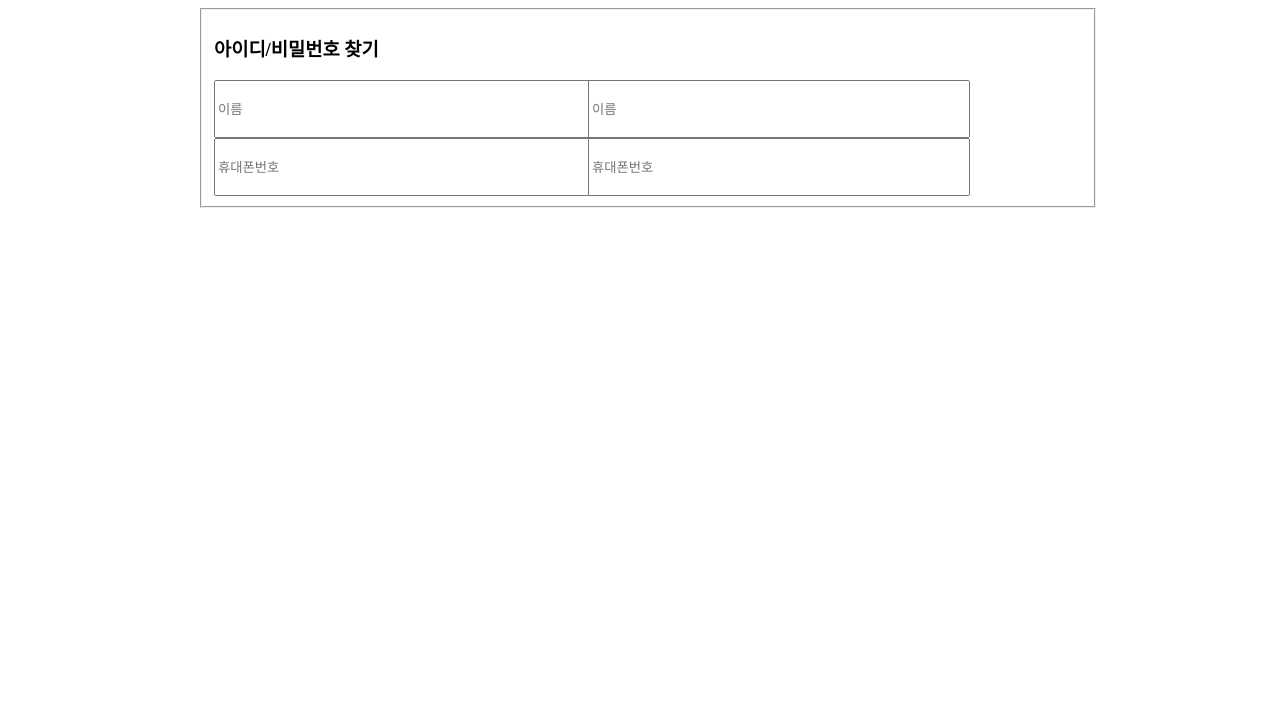
Repository: agheha/trillion
Page: YH/study_project/html/find.html
The author's editor kept a copy of each file at every save. The page is drawn from the files as they stood at one save, then again after a run of saves.
The browser window is 1280 px wide. The page is 1288 px wide, so the pictures cover 1288 px, including what lies to the right of the window. The pictures show the whole page.

Above is the page before, as saved 2019-09-04 19:09:51.

After the next 2 saves:
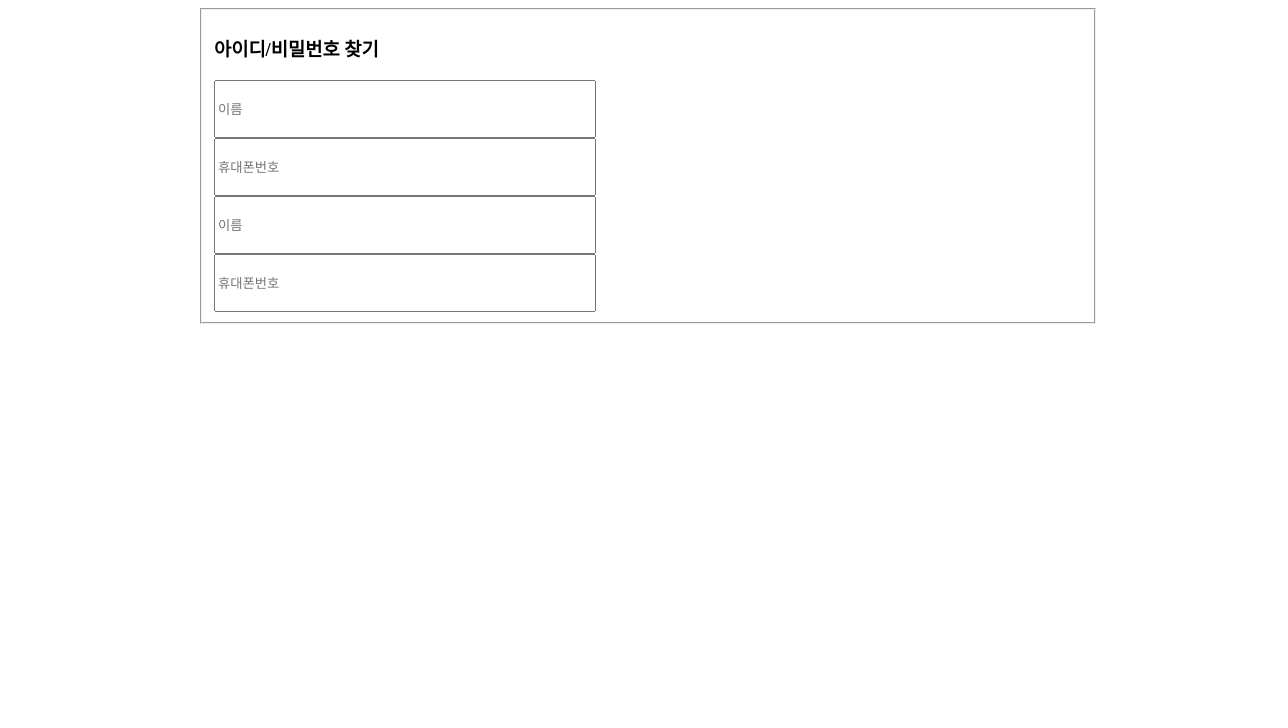
The 2 saves are shown as one change because they came seconds apart.
The last was saved 9 s later.
--- a/YH/study_project/css/find.css
+++ b/YH/study_project/css/find.css
@@ -14,6 +14,6 @@ section {
 span {
     width : 25%;
 }
-.inputbox {float: left;}
-.inlutbox:first-child {margin-right: 100px; }
+.inputbox {float: left; margin-right: 100px;}
+.inlutbox:first-child {margin-right: 0; }
 div input { width: 100%;}
